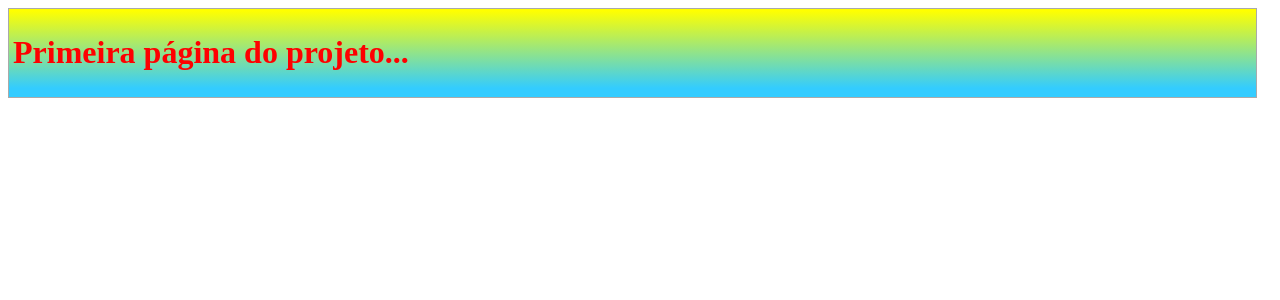
Repository: rewthnunes/projetoAgenda
Page: fj21-agenda/WebContent/index.html
These files come from the project's save history. The page is drawn as it stood at one moment and after the next save; the edit follows.
The browser window is 1280 px wide. The pictures show the whole page.

Above is the page before, as saved 2018-02-14 11:56:31.

### fj21-agenda/WebContent/index.html
<!DOCTYPE html>
<html>
<head>
<style type="text/css">
	 h1 { color: red; }
     h2 { color: #0f0; }
     p  { color: rgb(0,0,255); }
</style>

<meta charset="ISO-8859-1">
<title>Projeto Agenda</title>
</head>
<body>
	<div style="width:98%;height:auto; border:1px solid #aaa;padding:4px;background:#FF0000;background:-webkit-gradient(linear,left top,left bottom,color-stop(0.90,#3cf),color-stop(0.02,#ff0));color:#FF0000;">
		<p><h1>Primeira página do projeto...</h1></p>
	</div>
</body>
</html>

After the next save:
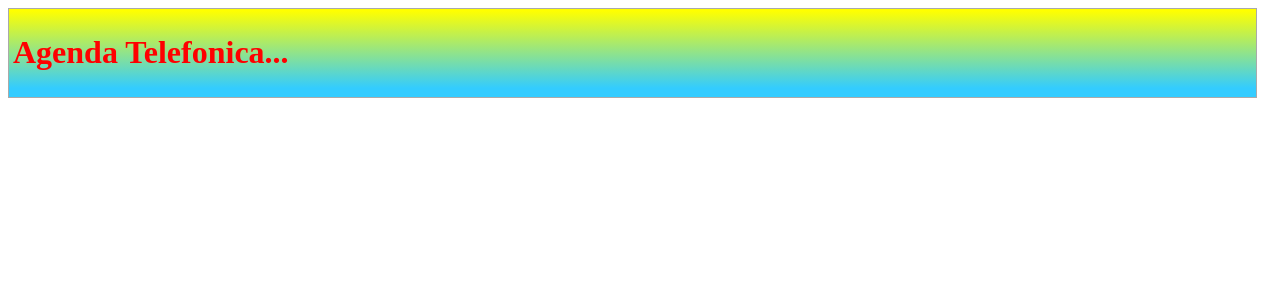
Saved 23 min 42 s later.
--- a/fj21-agenda/WebContent/index.html
+++ b/fj21-agenda/WebContent/index.html
@@ -12,7 +12,7 @@
 </head>
 <body>
 	<div style="width:98%;height:auto; border:1px solid #aaa;padding:4px;background:#FF0000;background:-webkit-gradient(linear,left top,left bottom,color-stop(0.90,#3cf),color-stop(0.02,#ff0));color:#FF0000;">
-		<p><h1>Primeira página do projeto...</h1></p>
+		<p><h1>Agenda Telefonica...</h1></p>
 	</div>
 </body>
 </html>
